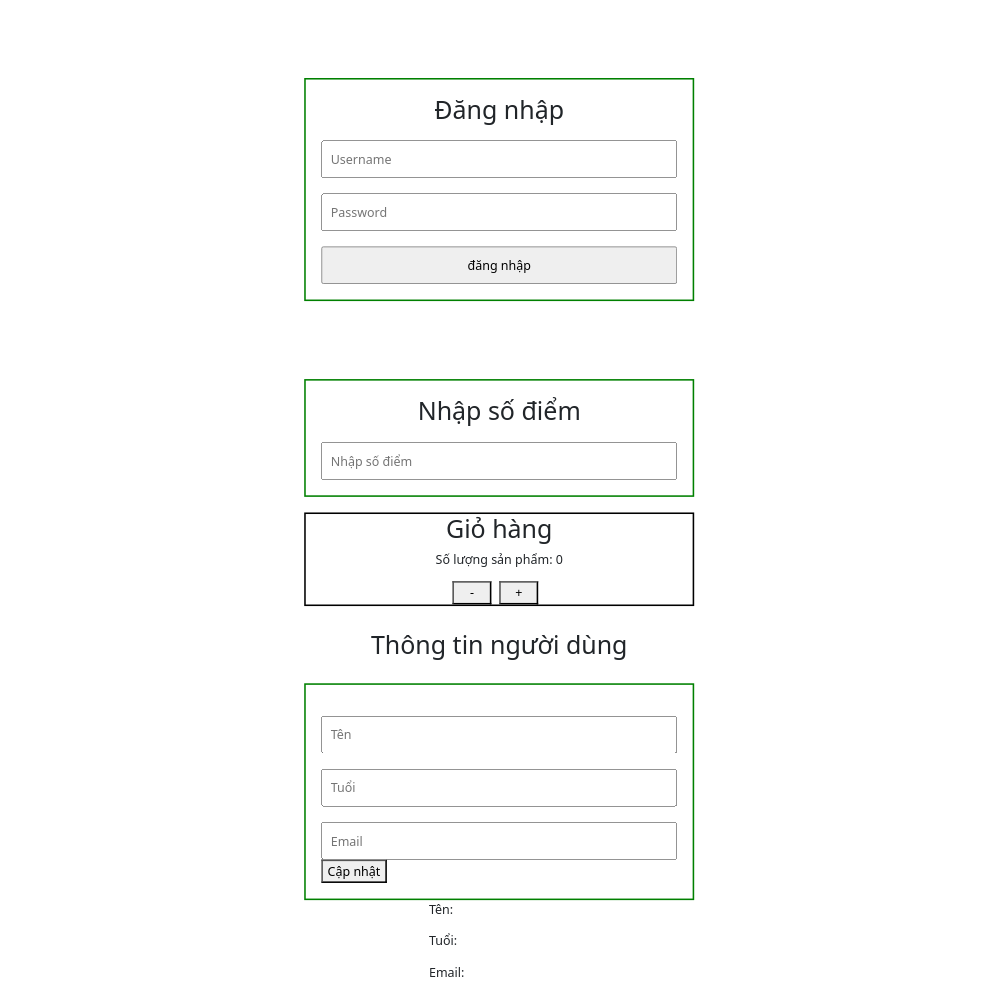
Repository: Phong-poor/frontendframework
Page: / (app in vue-lab-asm/)
The author's editor kept a copy of each file at every save. The page is drawn from the files as they stood at one save, then again after a run of saves.
The browser window is 1280 px wide. The pictures show the whole page, at 78% of full size.
The project was rebuilt for these pictures with package versions that can differ from the ones it lists, and the page was loaded fresh each time. Also part of the build but not shown: vue-lab-asm/vite.config.js, vue-lab-asm/src/components/Lab1.vue, vue-lab-asm/src/components/product.vue, vue-lab-asm/src/components/Dangnhap.vue, vue-lab-asm/src/components/NotFound.vue, vue-lab-asm/src/components/Dangky.vue, vue-lab-asm/src/components/admin.vue, vue-lab-asm/src/components/admin-category.vue.

Above is the page before, as saved 2025-10-07 18:54:53.

### vue-lab-asm/index.html
<!DOCTYPE html>
<html lang="">
  <head>
    <meta charset="UTF-8">
    <link rel="icon" href="/favicon.ico">
    <meta name="viewport" content="width=device-width, initial-scale=1.0">
    <title>Vite App</title>
    <link rel="stylesheet" href="https://cdnjs.cloudflare.com/ajax/libs/font-awesome/6.4.0/css/all.min.css" />
    <!-- <link href="https://cdn.jsdelivr.net/npm/bootstrap@5.3.8/dist/css/bootstrap.min.css" rel="stylesheet" integrity="sha384-sRIl4kxILFvY47J16cr9ZwB07vP4J8+LH7qKQnuqkuIAvNWLzeN8tE5YBujZqJLB" crossorigin="anonymous"> -->
  </head>
  <body>
    <div id="app"></div>
    <script type="module" src="/src/main.js"></script>
  </body>
</html>

### vue-lab-asm/src/main.js
import { createApp } from 'vue'
import App from './App.vue'
import 'bootstrap/dist/css/bootstrap.min.css'
import router from './Router';
createApp(App).use(router).mount('#app')

### vue-lab-asm/src/App.vue
<script setup>
  import Lab1 from "./components/Lab1.vue";
  import Lab2 from "./components/Lab2.vue";
  import product from "./components/product.vue";
  import Dangnhap from "./components/Dangnhap.vue";

  import { onMounted } from 'vue'
  import axios from 'axios'
</script>

<template>
  <!--<product />-->
  <!--<Lab1 />-->
  <!--<RouterView></RouterView> -->
  <Lab2/>
</template>

<style scoped>

</style>

### vue-lab-asm/src/Router.js
import { createWebHistory, createRouter } from 'vue-router'

import Dangnhap from './components/Dangnhap.vue'
import product from './components/product.vue'
import NotFound from './components/NotFound.vue'
import Dangky from './components/Dangky.vue'
import admin from './components/admin.vue'
import adminCategory from './components/admin-category.vue'

const routes = [
    { path: '/login', name: 'Login', component: Dangnhap, meta: { isAuth: false } },
    { path: '/signup', name: 'Signup', component: Dangky, meta: { isAuth: false } },
    { path: '/', name: 'Home', component: product, meta: { isAuth: true }},
    { path: '/admin', name: 'Admin', component: admin, meta: { isAuth: true }},
    { path: '/adminCategory', name: 'AdminCategory', component: adminCategory, meta: { isAuth: true }},
    {
        path: '/:pathMatch(.*)*',
        name: 'NotFound',
        component: NotFound,
        meta: { isAuth: false  }
    },
]
const router = createRouter({
    history: createWebHistory(),
    routes
})
router.beforeEach((to, from, next) => {
  const currentUser = localStorage.getItem('currentUser');

  if (to.meta.isAuth) {
    if (!currentUser) {
      // chưa login -> về trang login
      return next({ name: 'Login' });
    }

    const user = JSON.parse(currentUser);
    if (!user.role) {
      // user không có quyền hợp lệ
      return next({ name: 'Login' });
    }
  }

  // nếu mọi thứ ok thì cho đi tiếp
  next();
});

export default router

### vue-lab-asm/src/components/Lab2.vue
<script setup>
import { ref, reactive } from 'vue'
const username = ref('')
const password = ref('')
const message = ref('')
const diem = ref('')
const notification = ref('')
const isSuccess = ref(false)

const handleDangNhap = () => {
    if (username.value === "") {
        message.value = "Username không được để trống"
    }
    else if (password.value === "") {
        message.value = "Password không được để trống"
    }
    else if (username.value === 'admin' && password.value === '123456') {
        message.value = 'Đăng nhập thành công'
        isSuccess.value = true
    } else {
        message.value = 'Đăng nhập thất bại'
        isSuccess.value = false
    }
}
const handleXuLyDiemTrungBinh = () => {
    if(diem.value == ""){
        notification.value = "Chưa có thông tin"
    }
    else if(diem.value > 0 && diem.value < 5){
        notification.value = "Xếp loại yếu"
    }
    else if(diem.value >= 5 && diem.value < 6.5){
        notification.value = "Xếp loại trung bình"
    }
    else if(diem.value >= 6.5 && diem.value < 8){
        notification.value = "Xếp loại khá"
    }
    else if(diem.value >= 8 && diem.value < 9){
        notification.value = "Xếp loại giỏi"
    }
    else if(diem.value >= 9 && diem.value <= 10){
        notification.value = "Xếp loại xuất xắc"
    }
    else if(diem.value > 10){
        notification.value = "Điểm trung bình phải nhỏ hơn 10"
    }
}

const quantity = ref(0)

const increase = () => quantity.value++
const decrease = () => {
  if (quantity.value > 0) quantity.value--
}

const user = reactive({
    name: '',
    age: null,
    email: ''
})

const updateInfo = () => {
    if (!user.name || !user.email || user.age <= 0) {
        alert('Vui lòng nhập thông tin hợp lệ!')
        return
    }
    alert('Cập nhật thành công!')
}
</script>
<template>
    <form>
        <h2>Đăng nhập</h2>
        <input type="text" v-model="username" placeholder="Username" />
        <input type="password" v-model="password" placeholder="Password" />
        <input @click="handleDangNhap" type="button" value="đăng nhập" />
        <span :class="{ success: isSuccess, error: !isSuccess }">{{ message }}</span>
    </form>

    <form>
        <h2>Nhập số điểm</h2>
        <input type="number" v-model="diem" @input="handleXuLyDiemTrungBinh"  placeholder="Nhập số điểm">
        <span>{{ notification }}</span>
    </form>

    <div class="Giohang">
        <h2>Giỏ hàng</h2>
        <p>Số lượng sản phẩm: {{ quantity }}</p>
        <div class="button">
            <button @click="decrease">-</button>
            <button @click="increase">+</button>
        </div>
    </div>

    <div class="thongtinnguoidung">
        <h2>Thông tin người dùng</h2>
        <form @submit.prevent="updateInfo">
            <input v-model="user.name" placeholder="Tên" />
            <input v-model.number="user.age" type="number" placeholder="Tuổi" />
            <input v-model="user.email" type="email" placeholder="Email" />
            <button type="submit">Cập nhật</button>
        </form>
        <div class="thongtin">
            <p>Tên: {{ user.name }}</p>
            <p>Tuổi: {{ user.age }}</p>
            <p>Email: {{ user.email }}</p>
        </div>
    </div>
</template>
<style scoped>
form {
    width: 500px;
    margin: 0 auto;
    border: 2px solid green;
    padding: 20px;
    margin-top: 100px;
}
form input {
    width: 100%;
    display: block;
    margin-top: 20px;
    padding: 10px;
}
form h2{
    text-align: center;
}
.success {
    color: green;
}

.error {
    color: red;
}
.Giohang{
    border: 2px solid black;
    margin-left: auto;
    margin-right: auto;
    margin-top: 20px;
    width: 500px;
}
.Giohang h2{
    text-align: center;
}
.Giohang p{
    text-align: center;
}
.Giohang button{
    width: 50px;
    margin-right: 10px;
}
.Giohang .button{
    display: flex;
    justify-content: center;
}
.thongtinnguoidung{
    margin-top: 30px;
}
.thongtinnguoidung form{
    margin-top: 30px;
}
.thongtinnguoidung h2{
    text-align: center;
}
.thongtinnguoidung .thongtin{
    margin-left: 550px;
}
</style>

After the next 3 saves:
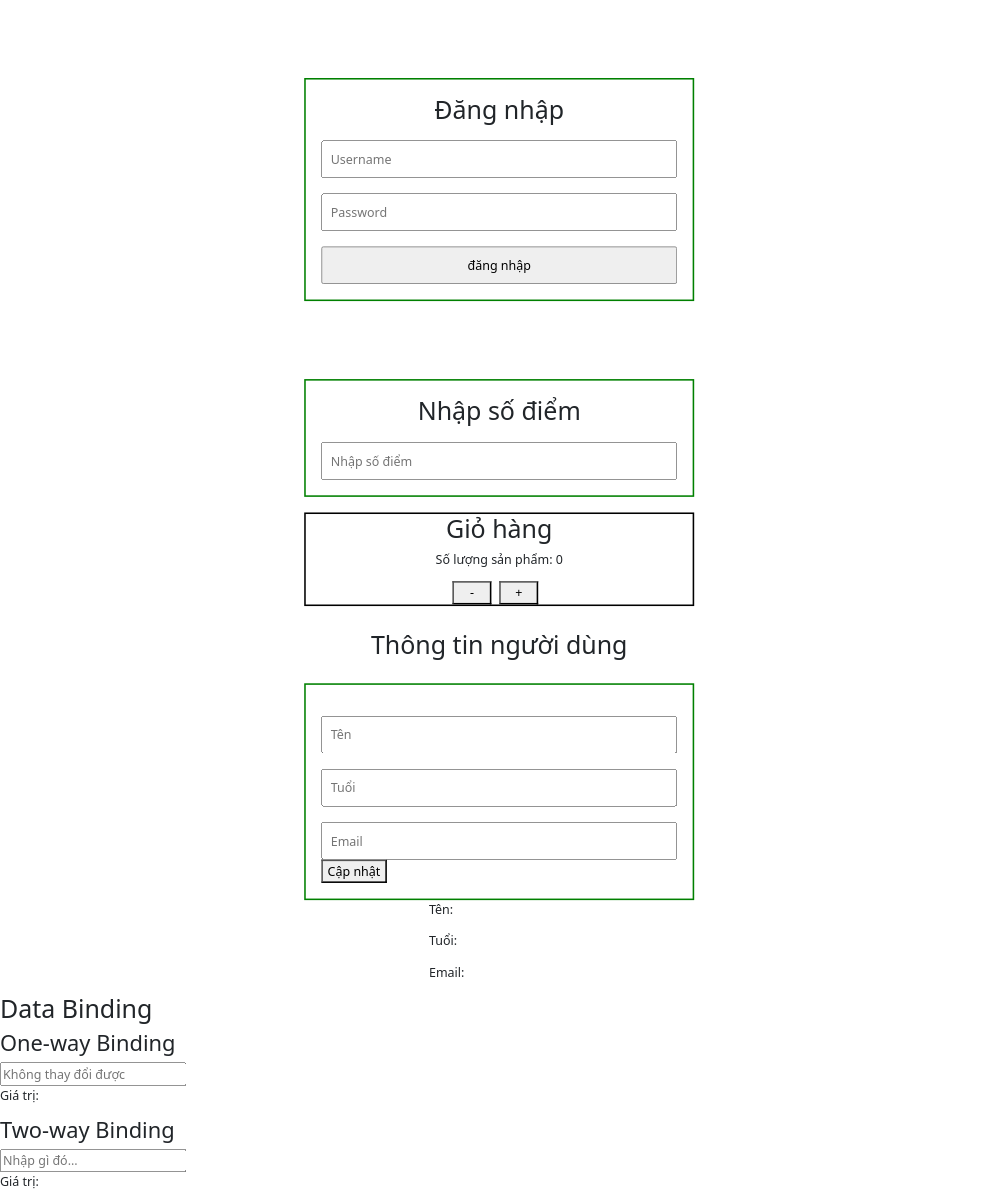
The 3 saves are shown as one change because they came seconds apart.
The last was saved 76 s later.
--- a/vue-lab-asm/src/components/Lab2.vue
+++ b/vue-lab-asm/src/components/Lab2.vue
@@ -105,6 +105,17 @@ const updateInfo = () => {
             <p>Email: {{ user.email }}</p>
         </div>
     </div>
+    <div>
+        <h2>Data Binding</h2>
+
+        <h3>One-way Binding</h3>
+        <input :value="message" placeholder="Không thay đổi được" />
+        <p>Giá trị: {{ message }}</p>
+
+        <h3>Two-way Binding</h3>
+        <input v-model="twoWayMessage" placeholder="Nhập gì đó..." />
+        <p>Giá trị: {{ twoWayMessage }}</p>
+    </div>
 </template>
 <style scoped>
 form {
